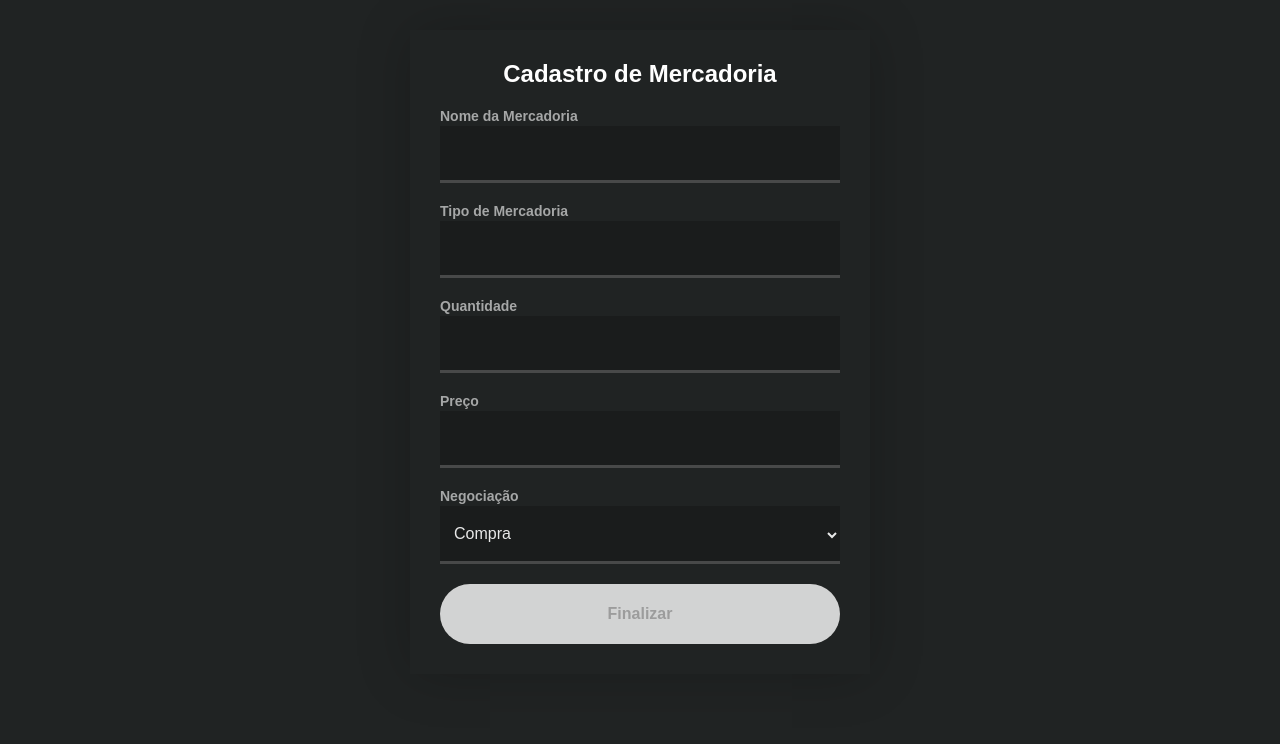
Repository: felipedischer/valemobi
Page: http://localhost/Valemobi/
An editor plug-in stored every save of this project. The page is shown before and after the next save, followed by the edit.
The browser window is 1280 px wide. The pictures show the whole page.
The page is served by Tomcat 9.

Above is the page before, as saved 2016-09-28 03:36:34.

After the next save:
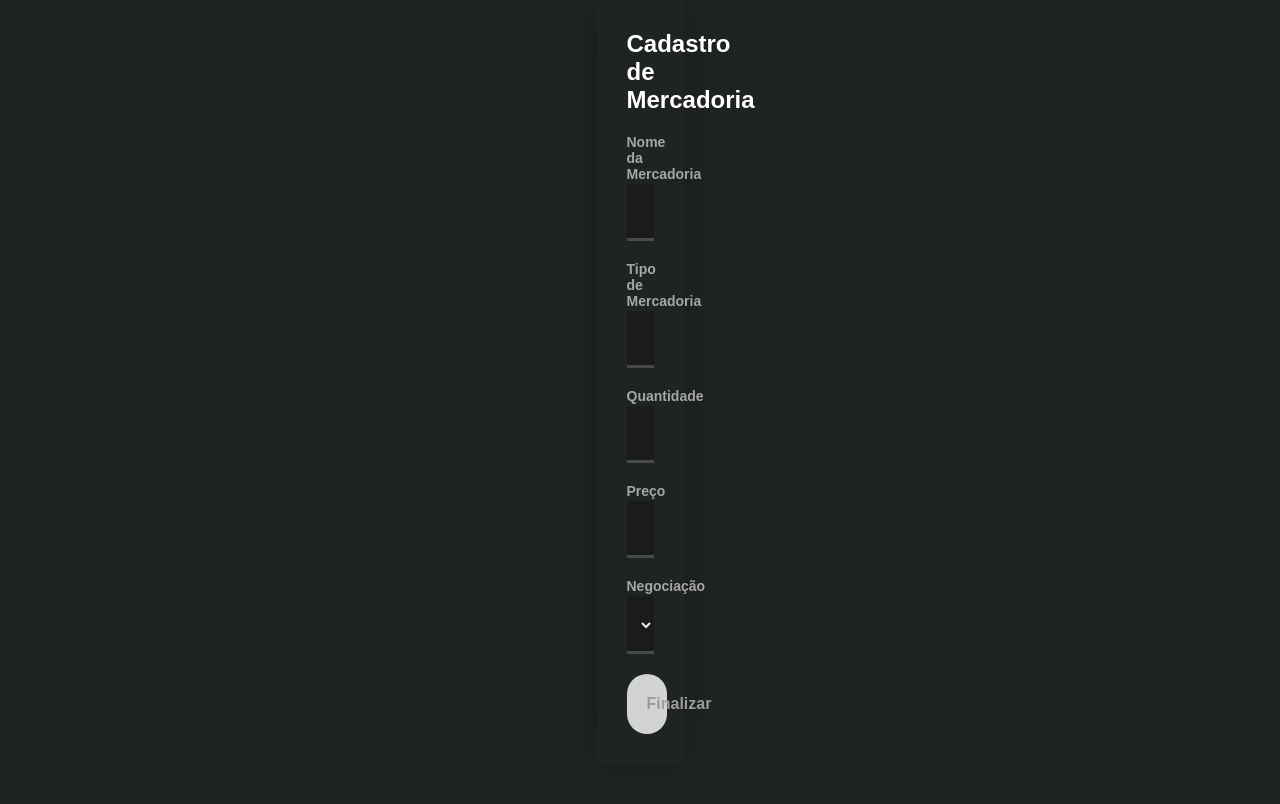
Saved 108 s later.
--- a/Valemobi/WebContent/estilo/css/estilo.css
+++ b/Valemobi/WebContent/estilo/css/estilo.css
@@ -1,4 +1,4 @@
-/*PRESETS*/
+
 *{
 	margin: 0px;
 	padding: 0px;
@@ -12,7 +12,7 @@
 	display: block;
 	margin: auto;
 	padding: 0px 15px;
-	width: 1170px;
+	width: 117px;
 	max-width: 100%;
 }
 
@@ -71,7 +71,7 @@ nav ul li a{
 nav ul li{
 	display: inline-block;
 }
-
+*/
 /*CONTEUDO*/
 #conteudo{
 	padding: 30px 0px;
